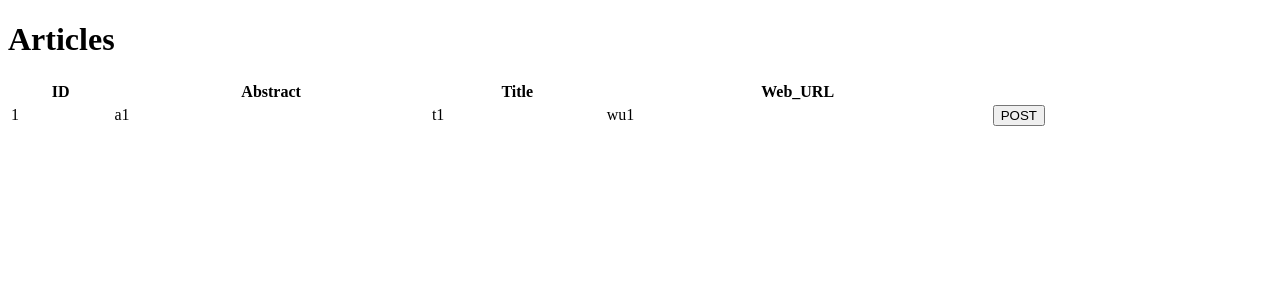
Repository: iuliaclisu/CCproject
Page: server/frontend/index.html
The author's editor kept a record of every edit. The page is drawn from the files as they stood at one moment, then again after the next edit.
The browser window is 1280 px wide. The pictures show the whole page.

Above is the page before.

### server/frontend/index.html
<!DOCTYPE html>
<html>
    <head>
        <title>Article list</title>
    </head>
    <body>
        <h1>Articles</h1>
        <table style="width:100%;">
    <tr>
        <th>ID</th>
        <th>Abstract</th>
        <th>Title</th>
        <th>Web_URL</th>
    </tr>
    <tr>
        <td>1</td>
        <td>a1</td>
        <td>t1</td>
        <td>wu1</td>
        <td>
            <button>POST</button>
        </td>
    </tr>
</table>


    </body>
</html>

After the next edit:
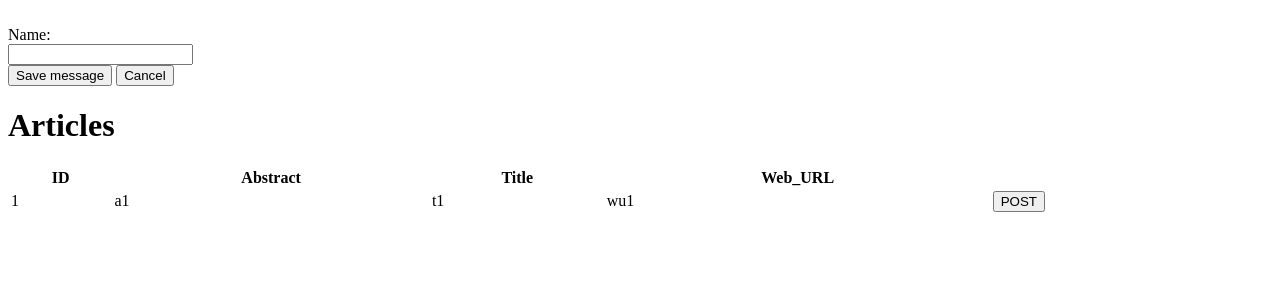
The edit:
--- a/server/frontend/index.html
+++ b/server/frontend/index.html
@@ -4,6 +4,13 @@
         <title>Article list</title>
     </head>
     <body>
+        <form>
+  <input type="hidden" name="id" id="id" /><br />
+  Name:<br />
+  <input type="text" name="name" id="name" /><br />
+  <input type="submit" value="Save message">
+  <input type="reset" value="Cancel">
+</form>
         <h1>Articles</h1>
         <table style="width:100%;">
     <tr>
